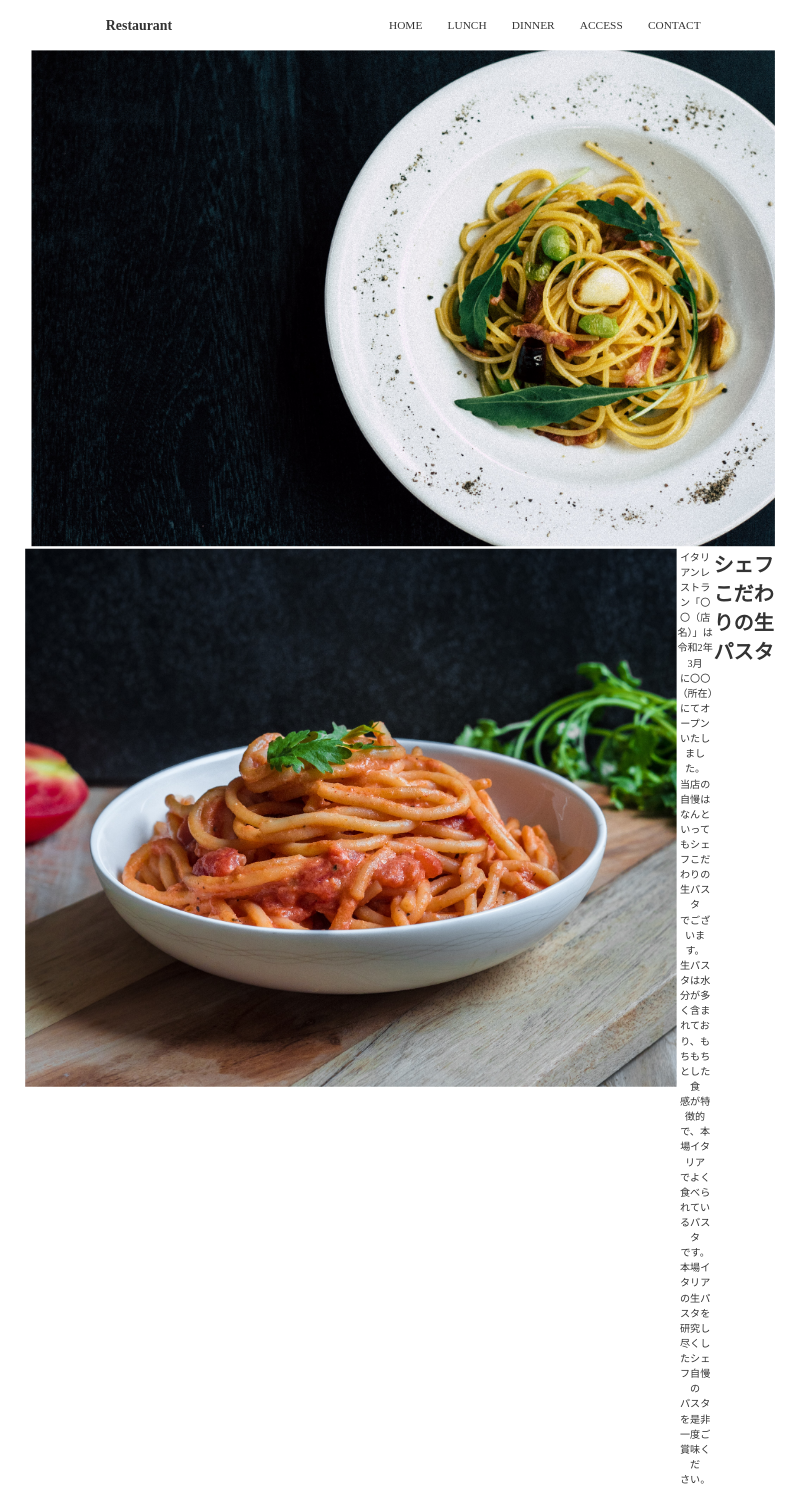
Repository: konatsu-0806/demo-site
Page: FromFigma/index.html
The author's editor kept a copy of each file at every save. The page is drawn from the files as they stood at one save, then again after the next save.
The browser window is 1280 px wide. The pictures show the whole page, at 63% of full size.

Above is the page before, as saved 2023-02-08 17:05:32.

After the next save:
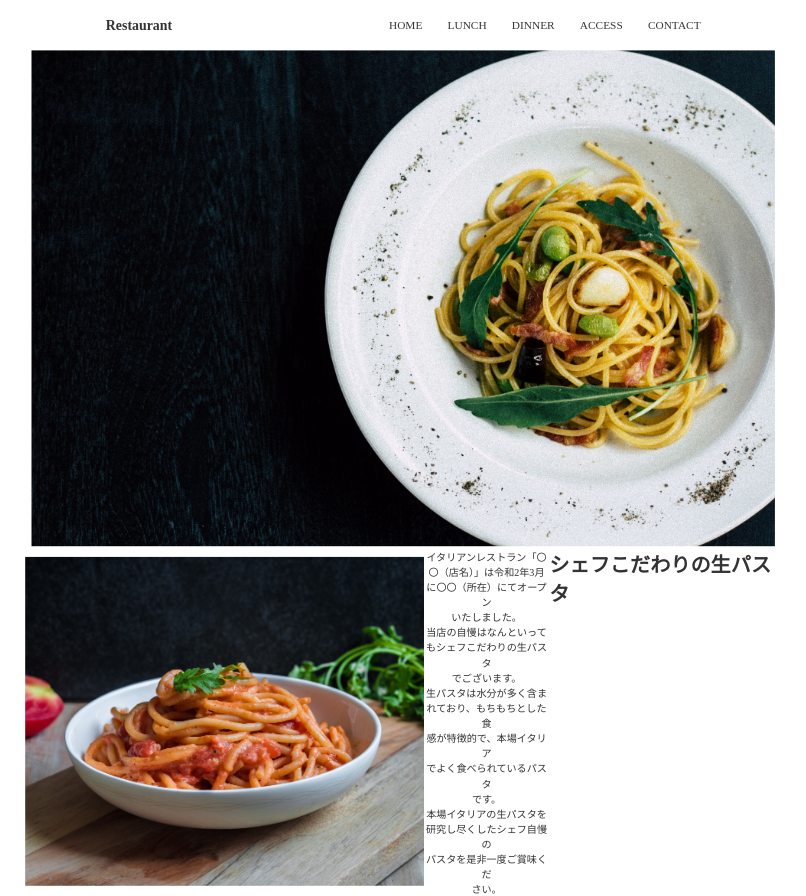
Saved 8 s later.
--- a/FromFigma/css/style.css
+++ b/FromFigma/css/style.css
@@ -128,7 +128,7 @@ img {
 .intro_contents {
     display: flex;
 }
-. {
+.intro_img {
     width: 55%;
     margin: auto;
 }
